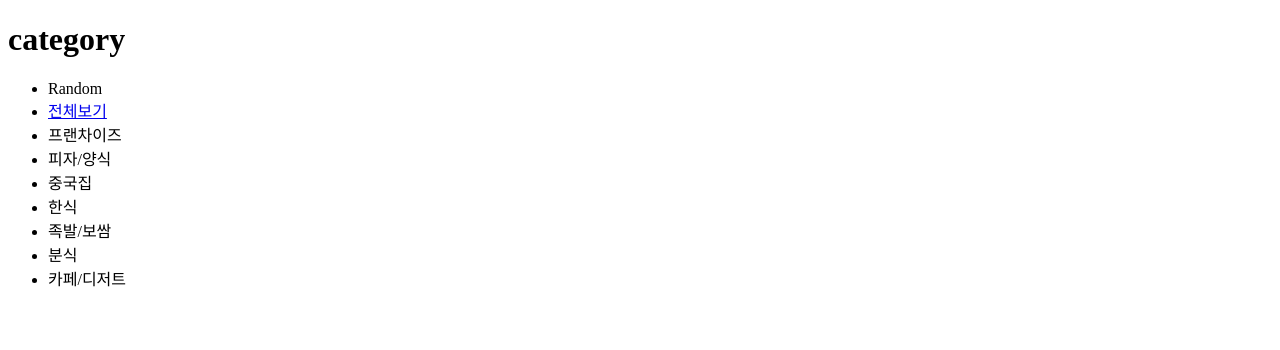
Repository: ksh940911/KH_SEMI_PROJECT
Page: http://localhost/yeogiyo/index.jsp
These files come from the project's save history. The page is drawn as it stood at one moment and after the next save; the edit follows.
The browser window is 1280 px wide. The pictures show the whole page.
The page is served by Tomcat 9. Nobody is signed in. The application's start-up code is not run. Other server files are loaded and not shown.

Above is the page before, as saved 2021-04-14 11:12:44.

### yeogiyo/WebContent/index.jsp
<%@ page language="java" contentType="text/html; charset=UTF-8"
    pageEncoding="UTF-8"%>
<!DOCTYPE html>
<html>
<head>
<meta charset="UTF-8">
<title>yeogiyo-main</title>
</head>
<body>
	<h1>category</h1>
	<ul>
		<li>Random</li>
		<li><a href="<%= request.getContextPath() %>/restaurant/restaurantList.do">전체보기</a></li>
		<li>프랜차이즈</li>
		<li>피자/양식</li>
		<li>중국집</li>
		<li>한식</li>
		<li>족발/보쌈</li>
		<li>분식</li>
		<li>카페/디저트</li>
	</ul>
</body>
</html>

After the next save:
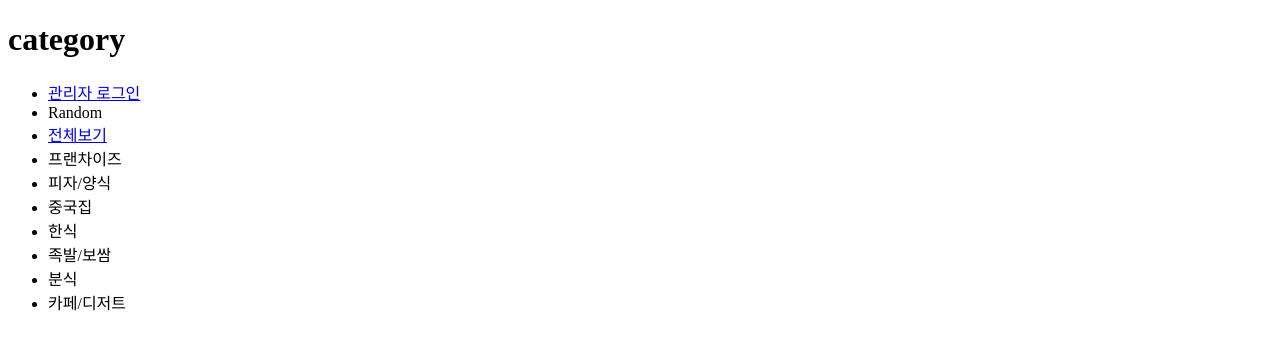
Saved 13 min 21 s later.
--- a/yeogiyo/WebContent/index.jsp
+++ b/yeogiyo/WebContent/index.jsp
@@ -9,6 +9,7 @@
 <body>
 	<h1>category</h1>
 	<ul>
+		<li><a href="<%= request.getContextPath() %>/admin/admin.jsp" >관리자 로그인</a></li>
 		<li>Random</li>
 		<li><a href="<%= request.getContextPath() %>/restaurant/restaurantList.do">전체보기</a></li>
 		<li>프랜차이즈</li>
